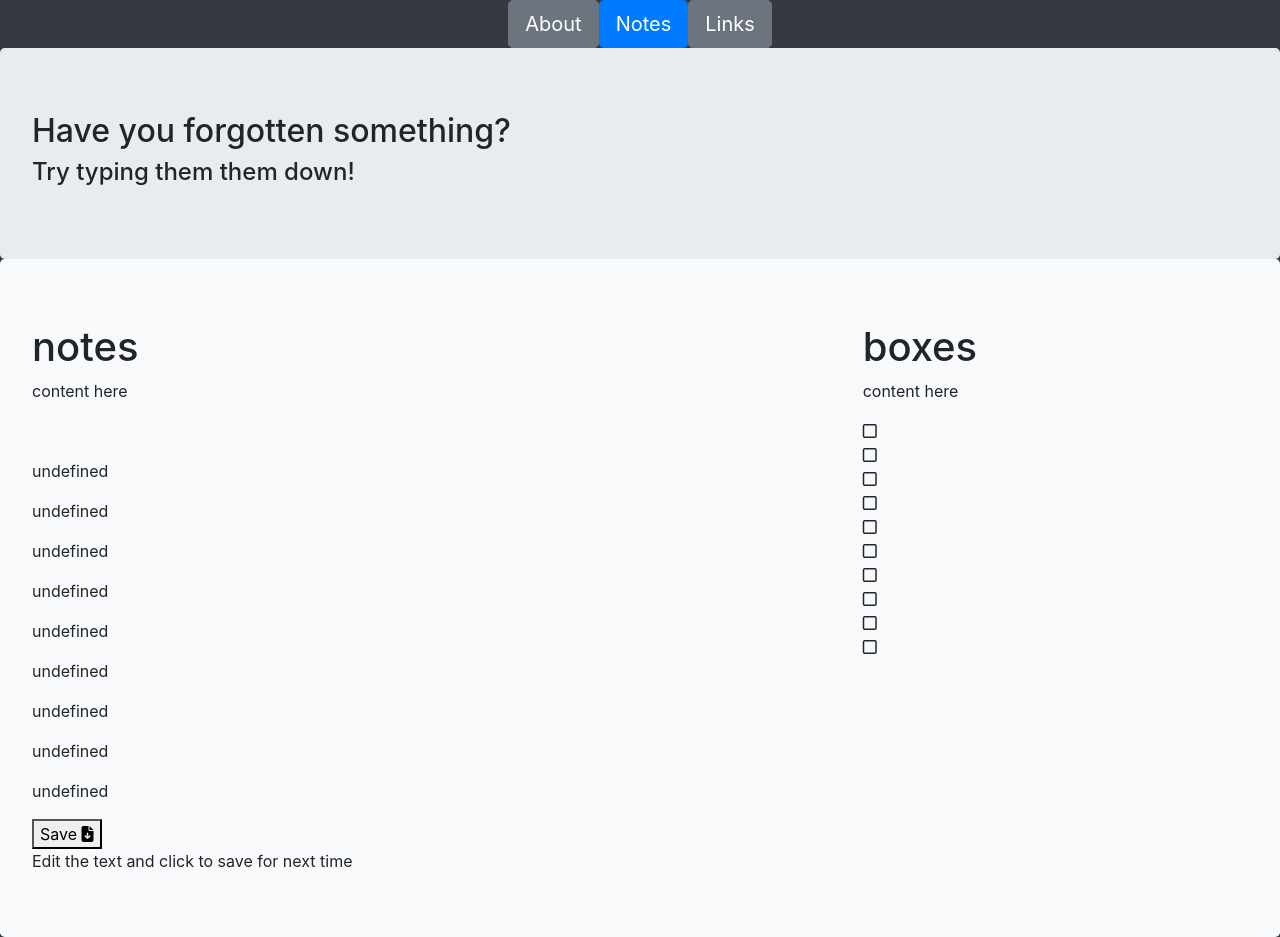
Repository: Kamicoda/Noteblock
Page: index.html
The author's editor kept a record of every edit. The page is drawn from the files as they stood at one moment, then again after the next edit.
The browser window is 1280 px wide. The pictures show the whole page.
Some web libraries are served in a nearby version.

Above is the page before.

After the next edit:
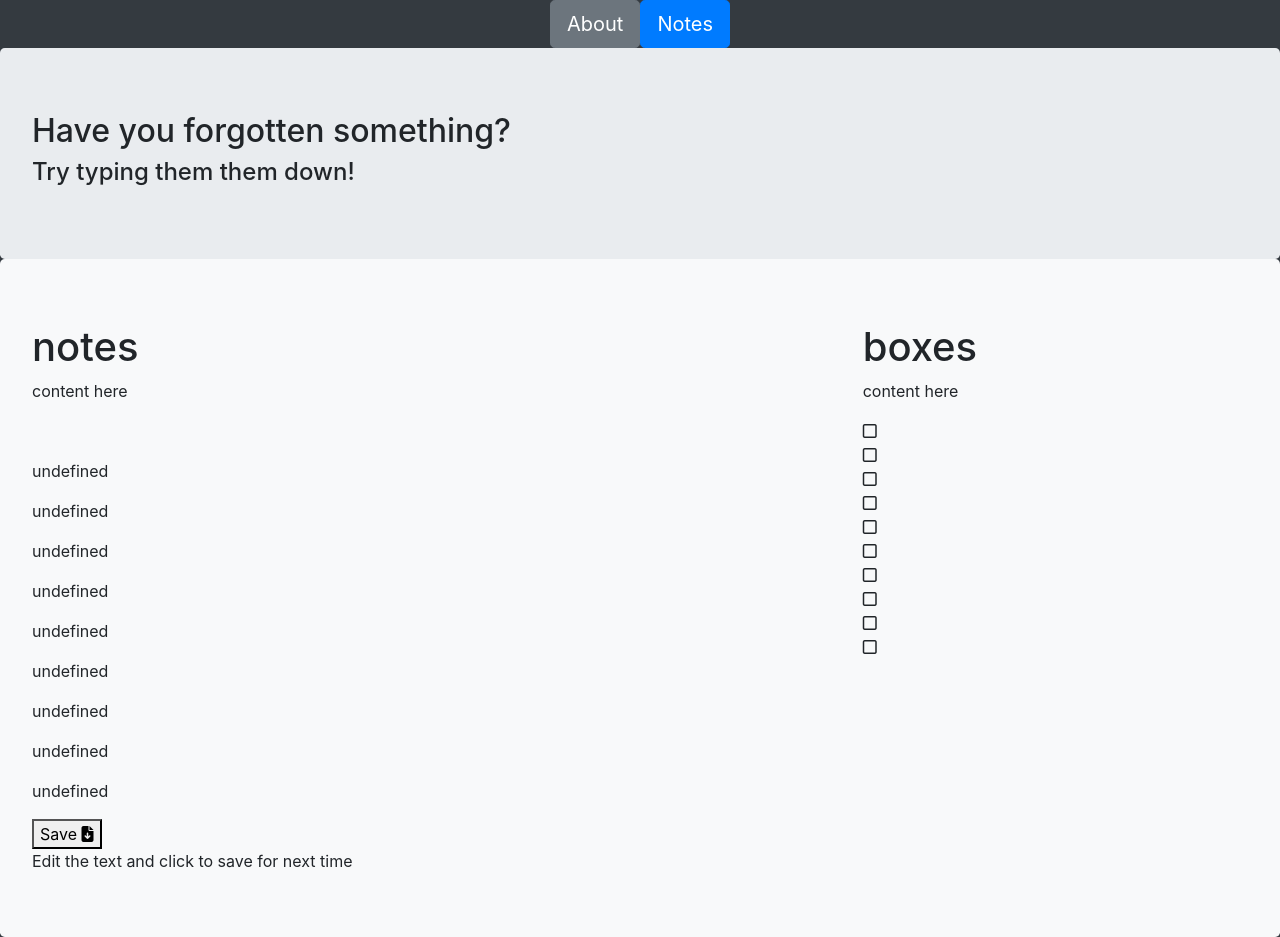
The edit:
--- a/index.html
+++ b/index.html
@@ -38,9 +38,7 @@
             <li class="nav-item">
                 <button id="notesNav" type="button" class="btn btn-primary btn-lg">Notes</button>
             </li>
-            <li class="nav-item">
-                <button id="linksNav" type="button" class="btn btn-secondary btn-lg">Links</button>
-            </li>
+
         </ul>
     </div>
 
